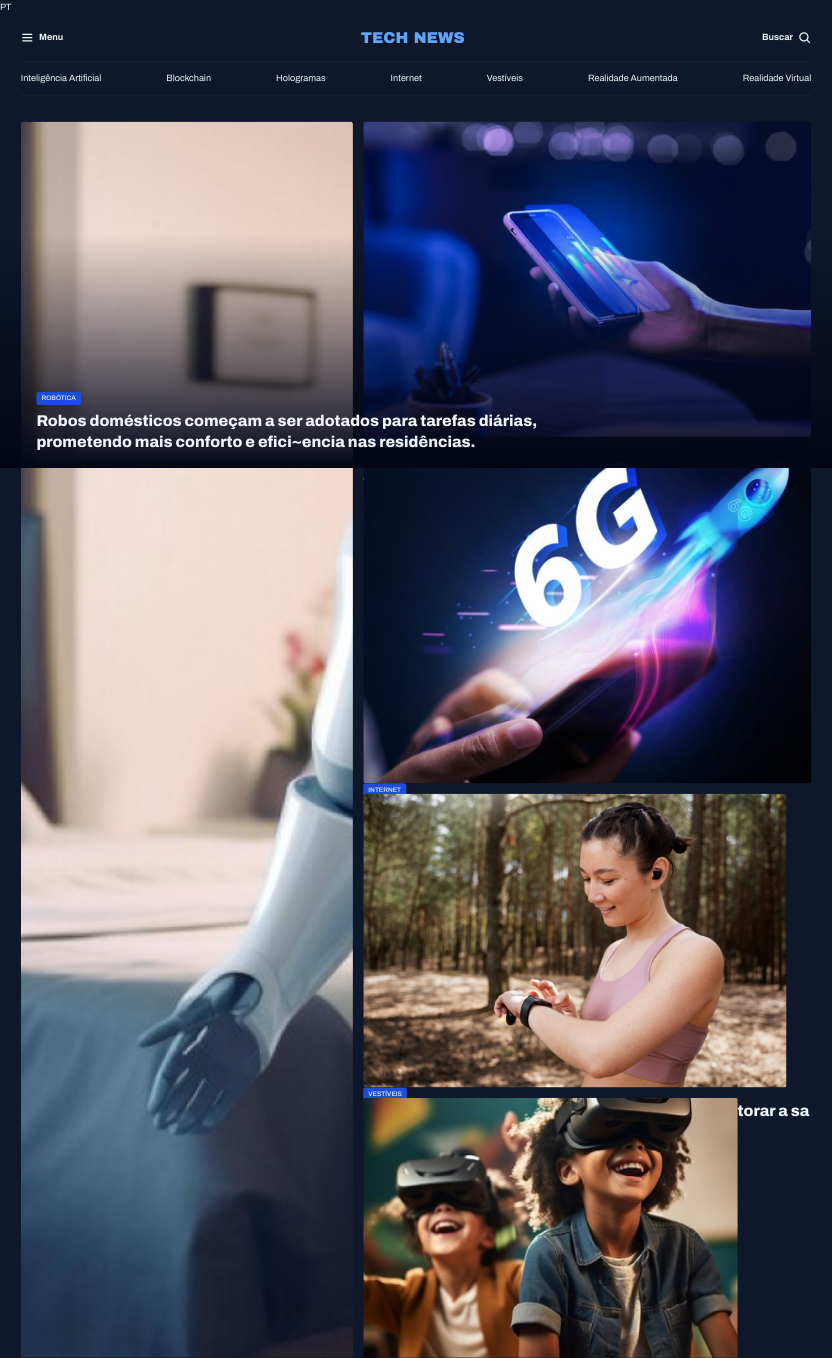
Repository: JeffRodFer/portalDeNoticias
Page: index.html
An editor plug-in stored every save of this project. The page is shown before and after the next save, followed by the edit.
The browser window is 1280 px wide. The pictures show the whole page, at 65% of full size.

Above is the page before, as saved 2025-04-15 21:59:41.

After the next save:
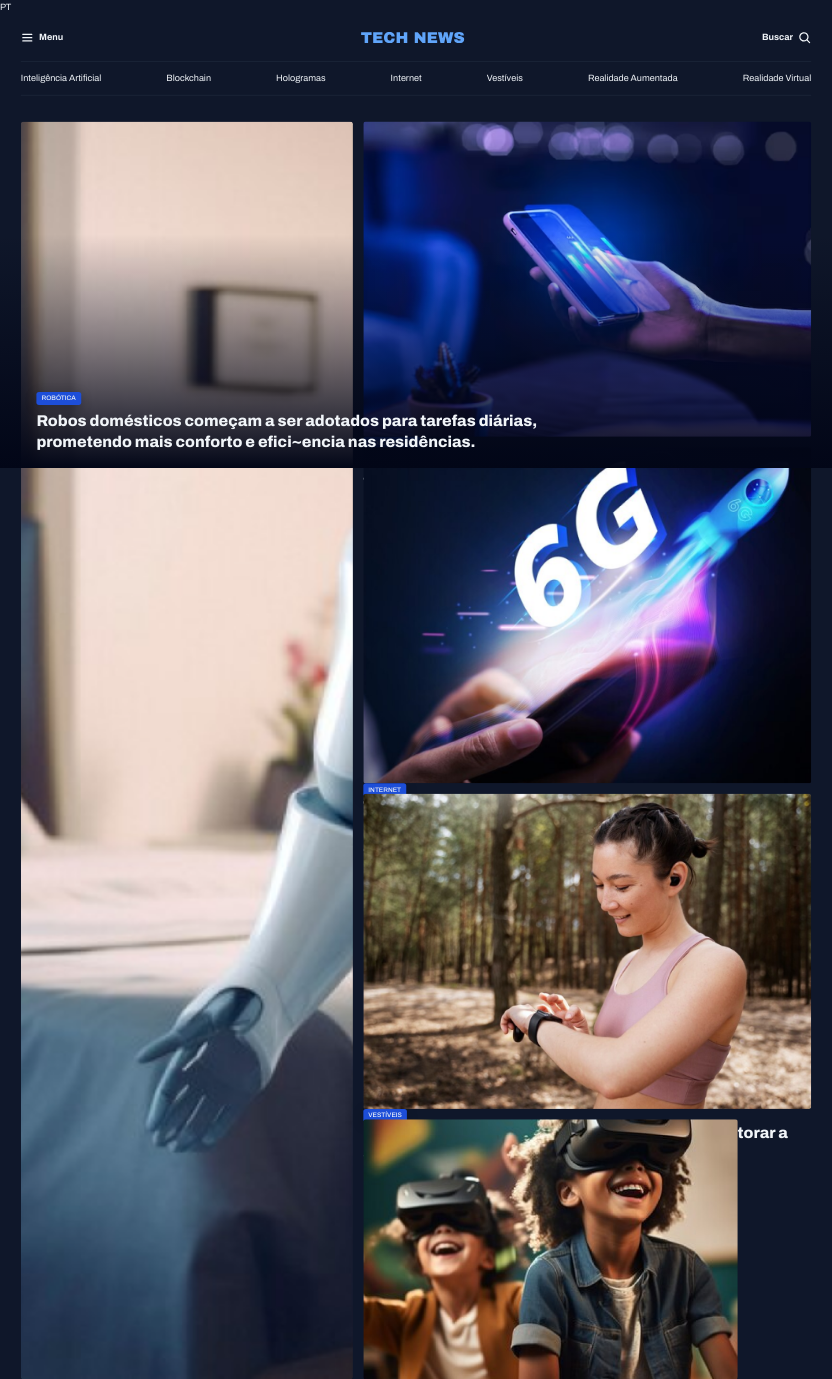
Saved 4 s later.
--- a/index.html
+++ b/index.html
@@ -75,7 +75,7 @@ PT<!DOCTYPE html>
           <figcaption>
             <span class="content-tag">Vestíveis</span>
             <h2 class="text-2xl">
-            Empresa lança relógio inteligente capaz de monitorar a sa
+            Empresa lança relógio inteligente capaz de monitorar a saúde mental
             </h2>
           </figcaption>
         </figure>
